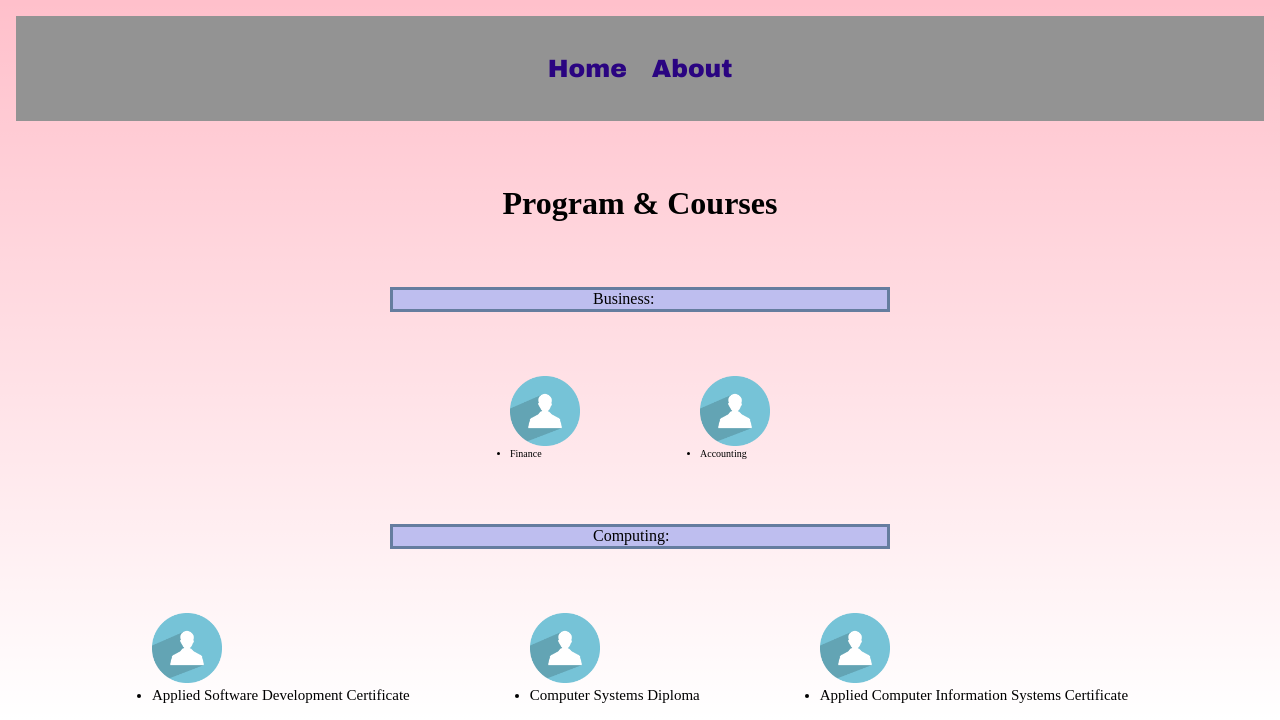
Repository: anoncoderin/madhu-assignment3
Page: /
The author's editor kept a copy of each file at every save. The page is drawn from the files as they stood at one save, then again after a run of saves.
The browser window is 1280 px wide. The pictures show the whole page.
The project was rebuilt for these pictures with package versions that can differ from the ones it lists, and the page was loaded fresh each time. The framework's server and built-in components were replaced by stand-ins that run in the browser. Also part of the build but not shown: next.config.js, components/Card/Card.module.css.

Above is the page before, as saved 2023-01-22 23:05:28.

### pages/index.js
import Head from 'next/head'
import Image from 'next/image'
import { Inter } from '@next/font/google'
import styles from '@/styles/Home.module.css'
import { useState } from 'react'
import data from '../data/education.json'
import Link from 'next/link'
import Card from '../components/Card'
import style from '../components/Card/Card.module.css'

export default function Home() {
  console.log(data);
  const [information, setInformation] = useState([...data])
  return (
    <>
      <Head>

      </Head>
      <main className={styles.main}>
        <div className={styles.nav}>
        <p>
          Home &nbsp;&nbsp;
          <Link href="about"><b>About</b></Link>
        </p>
        </div>
        <h1>Program & Courses</h1>
      <div className={styles.heading}>Business:</div>
      <div className={styles.row}>
      {
        information && information.map((info, index)=>{
          if(info.department === "Business"){
            return(
              <Card key={index} degree={info.degree}></Card>
            )
          }
        })
      }
      </div>
      <div className={styles.heading}>Computing:</div>
      <div className={styles.row}>
      {
        information && information.map((info, index)=>{
          if(info.department === "Computing"){
            return(

              <Card key={index} degree={info.degree} font={15}></Card>
            )
          }
        })
      }
      </div>
      </main>
    </>
  )
}

### styles/globals.css
:root {
  --max-width: 1100px;
  --border-radius: 12px;
  --font-mono: ui-monospace, Menlo, Monaco, 'Cascadia Mono', 'Segoe UI Mono',
    'Roboto Mono', 'Oxygen Mono', 'Ubuntu Monospace', 'Source Code Pro',
    'Fira Mono', 'Droid Sans Mono', 'Courier New', monospace;

  --foreground-rgb: 0, 0, 0;
  --background-start-rgb: 255, 192, 203;
  --background-end-rgb: 255, 255, 255;

  --primary-glow: conic-gradient(
    from 180deg at 50% 50%,
    hsla(78, 61%, 87%, 0.2) 0deg,
    #0885ff33 55deg,
    #54d6ff33 120deg,
    #0071ff33 160deg,
    transparent 360deg
  );
  --secondary-glow: radial-gradient(
    rgba(255, 255, 255, 1),
    rgba(255, 255, 255, 0)
  );

  --tile-start-rgb: 239, 245, 249;
  --tile-end-rgb: 228, 232, 233;
  --tile-border: conic-gradient(
    #00000080,
    #00000040,
    #00000030,
    #00000020,
    #00000010,
    #00000010,
    #00000080
  );

  --callout-rgb: 238, 240, 241;
  --callout-border-rgb: 172, 175, 176;
  --card-rgb: 180, 185, 188;
  --card-border-rgb: 131, 134, 135;
}

@media (prefers-color-scheme: dark) {
  :root {
    --foreground-rgb: 255, 255, 255;
    --background-start-rgb: 0, 0, 0;
    --background-end-rgb: 0, 0, 0;

    --primary-glow: radial-gradient(rgba(1, 65, 255, 0.4), rgba(1, 65, 255, 0));
    --secondary-glow: linear-gradient(
      to bottom right,
      rgba(1, 65, 255, 0),
      rgba(1, 65, 255, 0),
      rgba(1, 65, 255, 0.3)
    );

    --tile-start-rgb: 2, 13, 46;
    --tile-end-rgb: 2, 5, 19;
    --tile-border: conic-gradient(
      #ffffff80,
      #ffffff40,
      #ffffff30,
      #ffffff20,
      #ffffff10,
      #ffffff10,
      #ffffff80
    );

    --callout-rgb: 20, 20, 20;
    --callout-border-rgb: 108, 108, 108;
    --card-rgb: 100, 100, 100;
    --card-border-rgb: 200, 200, 200;
  }
}

* {
  box-sizing: border-box;
  padding: 0;
  margin: 0;
}

html,
body {
  max-width: 100vw;
  overflow-x: hidden;
}

body {
  color: rgb(var(--foreground-rgb));
  background: linear-gradient(
      to bottom,
      transparent,
      rgb(var(--background-end-rgb))
    )
    rgb(var(--background-start-rgb));
}

a {
  color: inherit;
  text-decoration: none;
}
a:hover{
  color: rgb(92, 91, 91);
}

@media (prefers-color-scheme: dark) {
  html {
    color-scheme: dark;
  }
}

### styles/Home.module.css
.main {
  display: flex;
  flex-direction: column;
  justify-content: space-between;
  align-items: center;
  padding: 1rem;
  min-height: 100vh;
}
.row{
  display: flex;
  flex-direction: row;
  justify-content:space-evenly;
  gap: 120px;

}
.nav{
  display: flex;
  flex-direction: column;
  justify-content: space-between;
  align-items: center;
      padding: 39px;
  background-color: rgb(147, 147, 147);
  color: rgb(42, 4, 129);

  font-size: 25px;
  margin: 45;
  font-family: arial black;
  width: 100%;
}


.heading{
  padding-left: 200px;
  height: 25px;
  width: 500px;
  background-color: #bebeef;
  border-style:solid;
  border-color:#657d9f;
}

.degree{
  display: flex;
  flex-direction: column;

  gap: 5px;
}

.description {
  display: inherit;
  justify-content: inherit;
  align-items: inherit;
  font-size: 0.85rem;
  max-width: var(--max-width);
  width: 100%;
  z-index: 2;
  font-family: var(--font-mono);
}

.description a {
  display: flex;
  justify-content: center;
  align-items: center;
  gap: 0.5rem;
}

.description p {
  position: relative;
  margin: 0;
  padding: 1rem;
  background-color: rgba(var(--callout-rgb), 0.5);
  border: 1px solid rgba(var(--callout-border-rgb), 0.3);
  border-radius: var(--border-radius);
}

.code {
  font-weight: 700;
  font-family: var(--font-mono);
}

.grid {
  display: grid;
  grid-template-columns: repeat(4, minmax(25%, auto));
  width: var(--max-width);
  max-width: 100%;
}

.card {
  padding: 1rem 1.2rem;
  border-radius: var(--border-radius);
  background: rgba(var(--card-rgb), 0);
  border: 1px solid rgba(var(--card-border-rgb), 0);
  transition: background 200ms, border 200ms;
}

.card span {
  display: inline-block;
  transition: transform 200ms;
}

.card h2 {
  font-weight: 600;
  margin-bottom: 0.7rem;
}

.card p {
  margin: 0;
  opacity: 0.6;
  font-size: 0.9rem;
  line-height: 1.5;
  max-width: 30ch;
}

.center {
  display: flex;
  justify-content: center;
  align-items: center;
  position: relative;
  padding: 4rem 0;
}

.center::before {
  background: var(--secondary-glow);
  border-radius: 50%;
  width: 480px;
  height: 360px;
  margin-left: -400px;
}

.center::after {
  background: var(--primary-glow);
  width: 240px;
  height: 180px;
  z-index: -1;
}

.center::before,
.center::after {
  content: '';
  left: 50%;
  position: absolute;
  filter: blur(45px);
  transform: translateZ(0);
}

.logo,
.thirteen {
  position: relative;
}

.thirteen {
  display: flex;
  justify-content: center;
  align-items: center;
  width: 75px;
  height: 75px;
  padding: 25px 10px;
  margin-left: 16px;
  transform: translateZ(0);
  border-radius: var(--border-radius);
  overflow: hidden;
  box-shadow: 0px 2px 8px -1px #0000001a;
}

.thirteen::before,
.thirteen::after {
  content: '';
  position: absolute;
  z-index: -1;
}

/* Conic Gradient Animation */
.thirteen::before {
  animation: 6s rotate linear infinite;
  width: 200%;
  height: 200%;
  background: var(--tile-border);
}

/* Inner Square */
.thirteen::after {
  inset: 0;
  padding: 1px;
  border-radius: var(--border-radius);
  background: linear-gradient(
    to bottom right,
    rgba(var(--tile-start-rgb), 1),
    rgba(var(--tile-end-rgb), 1)
  );
  background-clip: content-box;
}

/* Enable hover only on non-touch devices */
@media (hover: hover) and (pointer: fine) {
  .card:hover {
    background: rgba(var(--card-rgb), 0.1);
    border: 1px solid rgba(var(--card-border-rgb), 0.15);
  }

  .card:hover span {
    transform: translateX(4px);
  }
}

@media (prefers-reduced-motion) {
  .thirteen::before {
    animation: none;
  }

  .card:hover span {
    transform: none;
  }
}

/* Mobile */
@media (max-width: 700px) {
  .content {
    padding: 4rem;
  }

  .grid {
    grid-template-columns: 1fr;
    margin-bottom: 120px;
    max-width: 320px;
    text-align: center;
  }

  .card {
    padding: 1rem 2.5rem;
  }

  .card h2 {
    margin-bottom: 0.5rem;
  }

  .center {
    padding: 8rem 0 6rem;
  }

  .center::before {
    transform: none;
    height: 300px;
  }

  .description {
    font-size: 0.8rem;
  }

  .description a {
    padding: 1rem;
  }

  .description p,
  .description div {
    display: flex;
    justify-content: center;
    position: fixed;
    width: 100%;
  }

  .description p {
    align-items: center;
    inset: 0 0 auto;
    padding: 2rem 1rem 1.4rem;
    border-radius: 0;
    border: none;
    border-bottom: 1px solid rgba(var(--callout-border-rgb), 0.25);
    background: linear-gradient(
      to bottom,
      rgba(var(--background-start-rgb), 1),
      rgba(var(--callout-rgb), 0.5)
    );
    background-clip: padding-box;
    backdrop-filter: blur(24px);
  }

  .description div {
    align-items: flex-end;
    pointer-events: none;
    inset: auto 0 0;
    padding: 2rem;
    height: 200px;
    background: linear-gradient(
      to bottom,
      transparent 0%,
      rgb(var(--background-end-rgb)) 40%
    );
    z-index: 1;
  }
}

/* Tablet and Smaller Desktop */
@media (min-width: 701px) and (max-width: 1120px) {
  .grid {
    grid-template-columns: repeat(2, 50%);
  }
}

@media (prefers-color-scheme: dark) {
  .vercelLogo {
    filter: invert(1);
  }

  .logo,
  .thirteen img {
    filter: invert(1) drop-shadow(0 0 0.3rem #ffffff70);
  }
}

@keyframes rotate {
  from {
    transform: rotate(360deg);
  }
  to {
    transform: rotate(0deg);
  }
}

### data/education.json
[
        {
            "studentNumber": "A0004567",
            "firstName": "Person 1",
            "gpa": 3.8,
            "department": "Business",
            "degree": "Finance",
            "graduted": 2014
        },
        {
            "studentNumber": "A0001234",
            "firstName": "Person 2",
            "gpa": 3.5,
            "department": "Business",
            "degree": "Accounting",
            "graduted": 2010
        },
        {
            "studentNumber": "A0007890",
            "firstName": "Person 3",
            "gpa": 3.2,
            "department": "Computing",
            "degree": "Applied Software Development Certificate",
            "graduted": 2018
        },
        {
            "studentNumber": "A0007828",
            "firstName": "Person 4",
            "gpa": 3.9,
            "department": "Computing",
            "degree": "Computer Systems Diploma",
            "graduted": 2021
        },
        {
            "studentNumber": "A0003425",
            "firstName": "Person 5",
            "gpa": 3.2,
            "department": "Computing",
            "degree": "Applied Computer Information Systems Certificate",
            "graduted": 2021
        }

]

### components/Card/index.js
export default function Card(
    {
        degree="none",
        color="purple",
        font=10,
        image='icon/personTwo.png'
    }
){
    return(
        <div  style={{backgroundcolor:color, fontSize:font }}>
           <img src={'icon/person.png'} width="70px"></img>
           <ul> <li>{degree}
            </li>

            </ul>
        </div>
    )
}

Loaded but not shown: pages/_app.js (common file); pages/_document.js (common file)

After the next 2 saves:
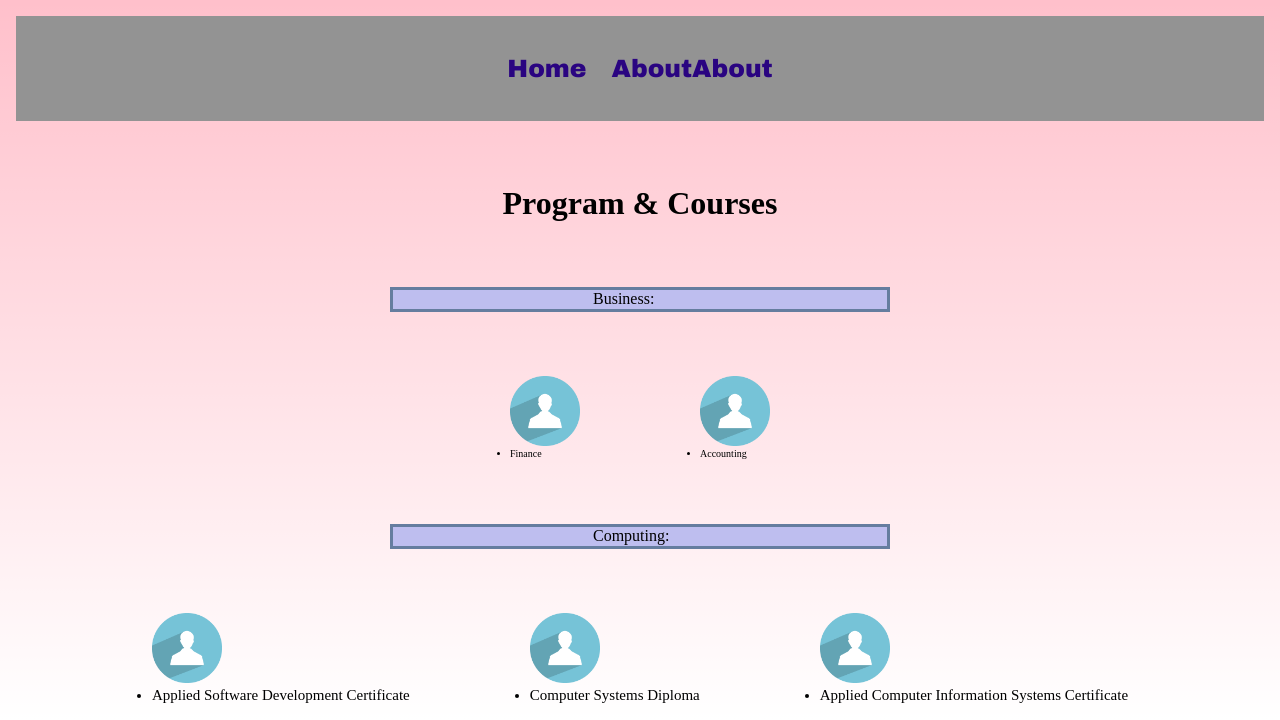
The 2 saves are shown as one change because they came seconds apart.
The last was saved 16 s later.
--- a/pages/index.js
+++ b/pages/index.js
@@ -20,6 +20,7 @@
         <div className={styles.nav}>
         <p>
           Home &nbsp;&nbsp;
+          <Link href="about"><b>About</b></Link>
           <Link href="about"><b>About</b></Link>
         </p>
         </div>
